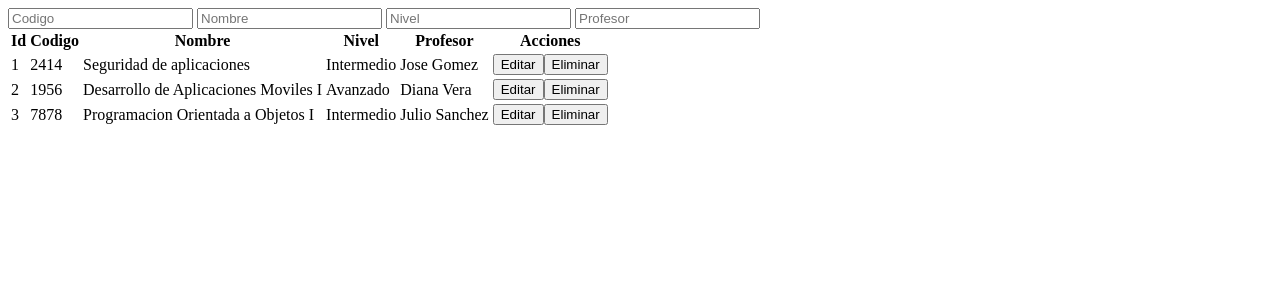
Repository: LuisCondori98/LP1-CIB
Page: http://localhost/Clase-01/demo.jsp
These files come from the project's save history. The page is drawn as it stood at one moment and after the next save; the edit follows.
The browser window is 1280 px wide. The pictures show the whole page.
The page is served by Tomcat 9.

Above is the page before, as saved 2025-01-11 14:27:14.

### Clase-01/src/main/webapp/demo.jsp
<%@ page language="java" contentType="text/html; charset=ISO-8859-1"
    pageEncoding="ISO-8859-1"%>
<!DOCTYPE html>
<html>
<head>
<meta charset="ISO-8859-1">
<title>Insert title here</title>
</head>
<body>
	<form>
		<input type="number" placeholder="Codigo"/>
		<input type="text" placeholder="Nombre"/>
		<input type="text" placeholder="Nivel"/>
		<input type="text" placeholder="Profesor"/>
	</form>
	<table>
		<tr>
			<th>Id</th>
			<th>Codigo</th>
			<th>Nombre</th>
			<th>Nivel</th>
			<th>Profesor</th>
			<th>Acciones</th>
		</tr>
		<tr>
			<td>1</td>
			<td>2414</td>
			<td>Seguridad de aplicaciones</td>
			<td>Intermedio</td>
			<td>Jose Gomez</td>
			<td><button>Editar</button><button>Eliminar</button></td>
		</tr>
		<tr>
			<td>2</td>
			<td>1956</td>
			<td>Desarrollo de Aplicaciones Moviles I</td>
			<td>Avanzado</td>
			<td>Diana Vera</td>
			<td><button>Editar</button><button>Eliminar</button></td>
		</tr>
		<tr>
			<td>3</td>
			<td>7878</td>
			<td>Programacion Orientada a Objetos I</td>
			<td>Intermedio</td>
			<td>Julio Sanchez</td>
			<td><button>Editar</button><button>Eliminar</button></td>
		</tr>
	</table>
</body>
</html>

After the next save:
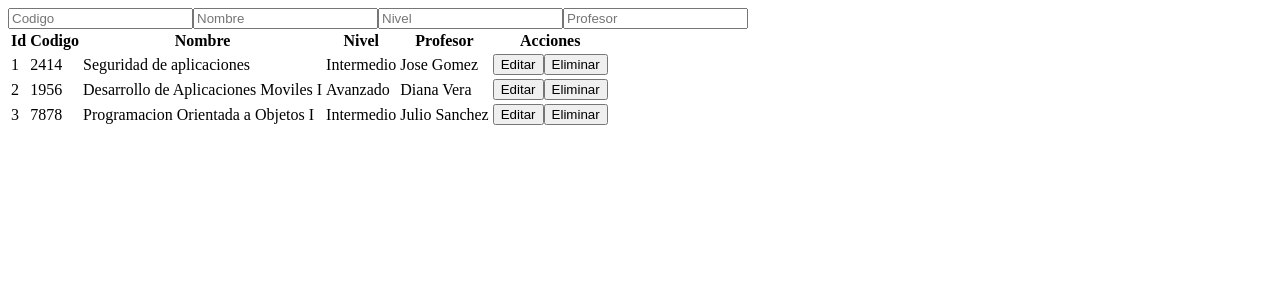
Saved 46 s later.
--- a/Clase-01/src/main/webapp/demo.jsp
+++ b/Clase-01/src/main/webapp/demo.jsp
@@ -7,7 +7,7 @@
 <title>Insert title here</title>
 </head>
 <body>
-	<form>
+	<form style="display: flex">
 		<input type="number" placeholder="Codigo"/>
 		<input type="text" placeholder="Nombre"/>
 		<input type="text" placeholder="Nivel"/>
